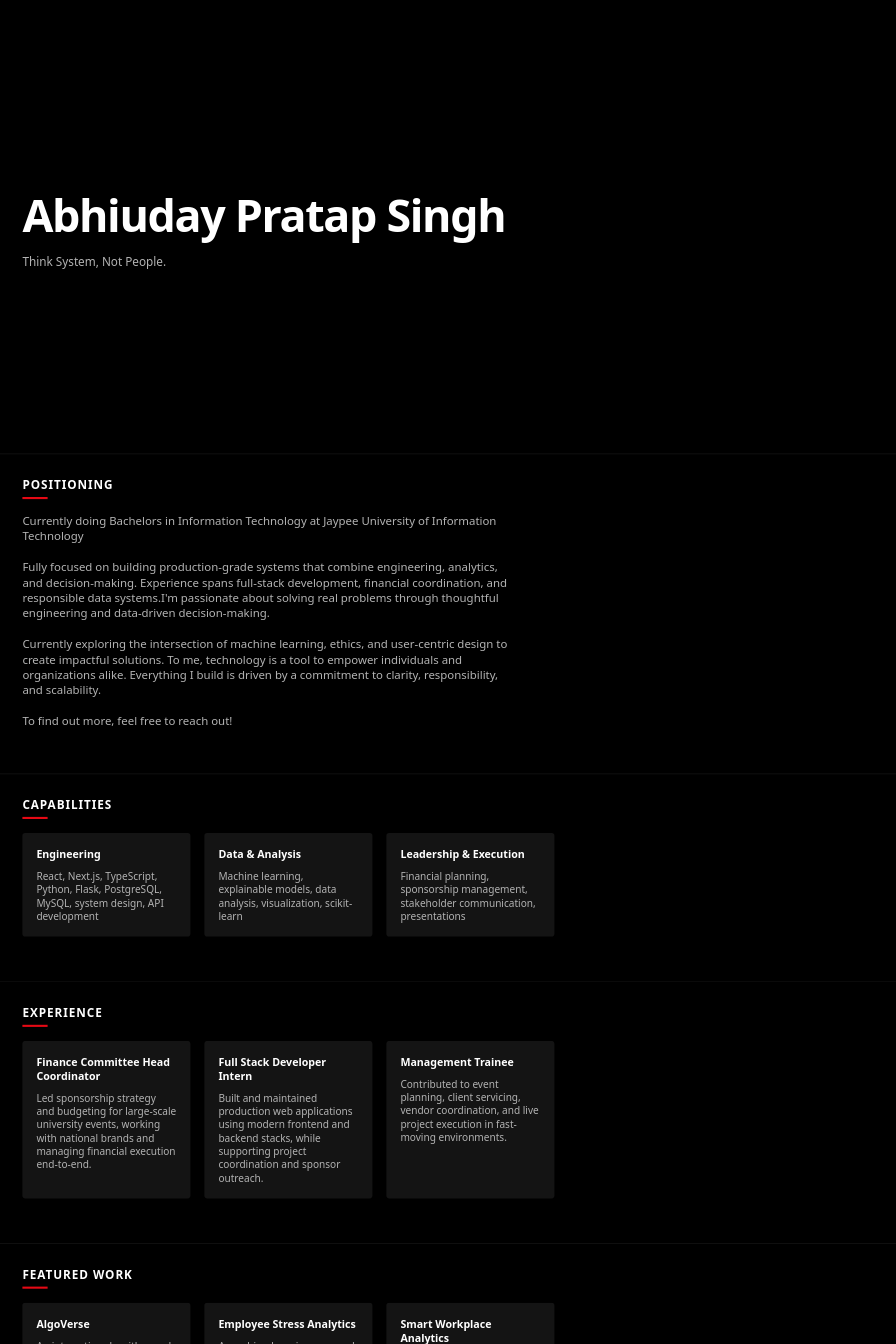
Repository: PratapOP/main-portfolio
Page: / (app in frontend/)
These files come from the project's save history. The page is drawn as it stood at one moment and after a run of saves; the edit follows.
The browser window is 1280 px wide. The pictures show the part of the page from y = 0 to 1920 px (the page is 2976 px tall), at 70% of full size.
The project was rebuilt for these pictures with package versions that can differ from the ones it lists, and the page was loaded fresh each time. Also part of the build but not shown: frontend/vite.config.js.

Above is the page before, as saved 2026-01-01 18:55:41.

### frontend/index.html
<!DOCTYPE html>
<html lang="en">
  <head>
    <meta charset="UTF-8" />

    <!-- Viewport for responsive layout -->
    <meta name="viewport" content="width=device-width, initial-scale=1.0" />

    <!--
      Title intentionally minimal and authoritative.
      This is the first identity signal recruiters see.
    -->
    <title>Abhiuday Pratap Singh</title>

    <!--
      Force dark background before React loads
      Prevents white flash and preserves cinematic feel
    -->
    <style>
      html,
      body {
        margin: 0;
        padding: 0;
        background-color: #0b0b0b;
      }
    </style>
  </head>

  <body>
    <!-- React mounts here -->
    <div id="root"></div>

    <!-- React entry point -->
    <script type="module" src="/src/main.jsx"></script>
  </body>
</html>

### frontend/src/App.jsx
import React, { useEffect } from "react";
import "./styles.css";
import {
  HeroSection,
  AboutSection,
  SkillsSection,
  ExperienceSection,
  ProjectsSection,
  TrendingSection,
  WhyHireMeSection,
  ContactSection
} from "./sections";

function App() {
  useEffect(() => {
    document.documentElement.style.scrollBehavior = "smooth";
  }, []);

  return (
    <div className="app-root">
      <HeroSection />
      <AboutSection />
      <SkillsSection />
      <ExperienceSection />
      <ProjectsSection />
      <TrendingSection />
      <WhyHireMeSection />
      <ContactSection />
    </div>
  );
}

export default App;

### frontend/src/styles.css
    /* ============================================================
    GLOBAL RESET & STREAMING COLOR SYSTEM
    ============================================================ */

    * {
    margin: 0;
    padding: 0;
    box-sizing: border-box;
    }

    :root {
    /* Core streaming palette */
    --bg-primary: #000000;
    --bg-card: #141414;

    --text-primary: #ffffff;
    --text-muted: #b3b3b3;

    --accent: #e50914;

    /* Controlled spacing scale (reduced) */
    --xs: 6px;
    --sm: 12px;
    --md: 20px;
    --lg: 32px;
    --xl: 48px;
    --xxl: 80px;
    }

    html,
    body {
    background-color: var(--bg-primary);
    color: var(--text-primary);
    font-family: system-ui, -apple-system, BlinkMacSystemFont,
        "Segoe UI", Roboto, Helvetica, Arial, sans-serif;

    overflow-x: hidden; /* absolutely no horizontal scroll */
    }

    /* ============================================================
    APP ROOT
    ============================================================ */

    .app-root {
    width: 100%;
    overflow-x: hidden;
    }

    /* ============================================================
    HERO (FEATURED BANNER)
    ============================================================ */

    .hero {
    min-height: 90vh;
    display: flex;
    align-items: center;
    }

    .hero-inner {
    padding-left: var(--lg);
    padding-right: var(--lg);
    max-width: 820px;
    }

    .hero-title {
    font-size: clamp(3rem, 5vw, 4.6rem);
    font-weight: 800;
    letter-spacing: -0.03em;
    margin-bottom: var(--sm);
    }

    .hero-subtitle {
    font-size: 1.05rem;
    color: var(--text-muted);
    max-width: 560px;
    }

    /* ============================================================
    SECTION STRUCTURE (FIXED SPACING)
    ============================================================ */

    .section {
    padding: var(--lg) 0;
    }

    .section-inner {
    padding-left: var(--lg);
    padding-right: var(--lg);
    }

    /* Mobile safety — prevent edge sticking */
    @media (max-width: 768px) {
    .section-inner,
    .hero-inner {
        padding-left: var(--md);
        padding-right: var(--md);
    }
    }

    /* ============================================================
    SECTION TITLES (STREAMING STYLE)
    ============================================================ */

    .section-title {
    font-size: 1.05rem;
    font-weight: 600;
    letter-spacing: 0.08em;
    text-transform: uppercase;

    color: var(--text-primary);
    margin-bottom: var(--md);
    position: relative;
    }

    .section-title::after {
    content: "";
    display: block;
    width: 36px;
    height: 3px;
    background-color: var(--accent);
    margin-top: var(--xs);
    }

    /* ============================================================
    TEXT BLOCKS
    ============================================================ */

    .section-text {
    max-width: 700px;
    font-size: 1.02rem;
    color: var(--text-muted);
    margin-bottom: var(--lg);
    }

    /* ============================================================
    STREAMING ROWS (HORIZONTAL)
    ============================================================ */

    .row {
    display: flex;
    gap: var(--md);
    overflow-x: auto;

    padding-left: var(--lg);
    padding-right: var(--lg);
    padding-bottom: var(--lg);

    scroll-snap-type: x mandatory;
    overscroll-behavior-x: contain;
    }

    .row::-webkit-scrollbar {
    display: none;
    }

    /* ============================================================
    CARDS (CONTENT TILES)
    ============================================================ */

    .card {
    background-color: var(--bg-card);
    min-width: 240px;
    max-width: 240px;

    padding: var(--md);
    border-radius: 4px;

    scroll-snap-align: start;

    transition:
        transform 0.25s ease,
        box-shadow 0.25s ease;
    }

    .card h3 {
    font-size: 0.95rem;
    font-weight: 600;
    margin-bottom: var(--sm);
    }

    .card p {
    font-size: 0.9rem;
    color: var(--text-muted);
    }

    /* Hover — sharp, not floaty */
    .card:hover {
    transform: scale(1.06);
    box-shadow: 0 16px 32px rgba(0, 0, 0, 0.7);
    z-index: 2;
    }

    /* ============================================================
    CONTACT SECTION
    ============================================================ */

    .contact {
    padding-top: var(--xl);
    padding-bottom: var(--xxl);
    }

    .contact-form {
    max-width: 520px;
    display: flex;
    flex-direction: column;
    gap: var(--md);
    }

    .contact-form input,
    .contact-form textarea {
    background-color: #000000;
    border: 1px solid #333333;
    color: var(--text-primary);

    padding: var(--sm);
    font-size: 0.95rem;
    }

    .contact-form input:focus,
    .contact-form textarea:focus {
    outline: none;
    border-color: var(--accent);
    }

    .contact-form button {
    margin-top: var(--sm);
    background-color: var(--accent);
    color: #ffffff;

    border: none;
    padding: var(--sm);
    font-size: 0.95rem;
    cursor: pointer;

    transition: opacity 0.2s ease;
    }

    .contact-form button:hover {
    opacity: 0.85;
    }

    /* ============================================================
    FINAL SECTION SEPARATION (SUBTLE)
    ============================================================ */

    .section:not(:first-of-type) {
    border-top: 1px solid rgba(255, 255, 255, 0.08);
    }

### frontend/src/sections.jsx
    /**
     * ============================================================
     * sections.jsx — Sections with Titles & Hierarchy
     * ============================================================
     */

    import React from "react";
    import { motion } from "framer-motion";
    import {
    sectionFade,
    staggerContainer,
    cardFade
    } from "./motion";

    /* ============================================================
    FEATURED
    ============================================================ */

    export function HeroSection() {
    return (
        <motion.section
        className="section hero"
        variants={sectionFade}
        initial="hidden"
        animate="visible"
        >
        <div className="hero-inner">
            <h1 className="hero-title">Abhiuday Pratap Singh</h1>
            <p className="hero-subtitle">
            Think System, Not People.
            <br />
            </p>
        </div>
        </motion.section>
    );
    }

    /* ============================================================
    POSITIONING
    ============================================================ */

    export function AboutSection() {
    return (
        <motion.section
        className="section"
        variants={sectionFade}
        initial="hidden"
        whileInView="visible"
        viewport={{ once: true }}
        >
        <div className="section-inner">
            <h2 className="section-title">Positioning</h2>
            <p className="section-text">
            Currently doing Bachelors in Information Technology at Jaypee University
            of Information Technology
            <br/><br/>
            Fully focused on building production-grade
            systems that combine engineering, analytics, and decision-making.
            Experience spans full-stack development, financial coordination,
            and responsible data systems.I'm passionate about solving real problems through thoughtful engineering and data-driven decision-making.
            <br/><br/>
            Currently exploring the intersection of machine learning, ethics, and user-centric design to create impactful solutions.
            To me, technology is a tool to empower individuals and organizations alike.
            Everything I build is driven by a commitment to clarity, responsibility, and scalability.
            <br/><br/>
            To find out more, feel free to reach out!

            </p>
        </div>
        </motion.section>
    );
    }

    /* ============================================================
    CAPABILITIES
    ============================================================ */

    export function SkillsSection() {
    const skills = [
        {
        title: "Engineering",
        text:
            "React, Next.js, TypeScript, Python, Flask, PostgreSQL, MySQL, system design, API development"
        },
        {
        title: "Data & Analysis",
        text:
            "Machine learning, explainable models, data analysis, visualization, scikit-learn"
        },
        {
        title: "Leadership & Execution",
        text:
            "Financial planning, sponsorship management, stakeholder communication, presentations"
        }
    ];

    return (
        <motion.section
        className="section"
        variants={sectionFade}
        initial="hidden"
        whileInView="visible"
        viewport={{ once: true }}
        >
        <div className="section-inner">
            <h2 className="section-title">Capabilities</h2>
        </div>

        <motion.div
            className="row"
            variants={staggerContainer}
            initial="hidden"
            whileInView="visible"
            viewport={{ once: true }}
        >
            {skills.map((item, index) => (
            <motion.div className="card" variants={cardFade} key={index}>
                <h3>{item.title}</h3>
                <p>{item.text}</p>
            </motion.div>
            ))}
        </motion.div>
        </motion.section>
    );
    }

    /* ============================================================
    EXPERIENCE
    ============================================================ */

    export function ExperienceSection() {
    const roles = [
        {
        title: "Finance Committee Head Coordinator",
        text:
            "Led sponsorship strategy and budgeting for large-scale university events, working with national brands and managing financial execution end-to-end."
        },
        {
        title: "Full Stack Developer Intern",
        text:
            "Built and maintained production web applications using modern frontend and backend stacks, while supporting project coordination and sponsor outreach."
        },
        {
        title: "Management Trainee",
        text:
            "Contributed to event planning, client servicing, vendor coordination, and live project execution in fast-moving environments."
        }
    ];

    return (
        <motion.section
        className="section"
        variants={sectionFade}
        initial="hidden"
        whileInView="visible"
        viewport={{ once: true }}
        >
        <div className="section-inner">
            <h2 className="section-title">Experience</h2>
        </div>

        <motion.div
            className="row"
            variants={staggerContainer}
            initial="hidden"
            whileInView="visible"
            viewport={{ once: true }}
        >
            {roles.map((item, index) => (
            <motion.div className="card" variants={cardFade} key={index}>
                <h3>{item.title}</h3>
                <p>{item.text}</p>
            </motion.div>
            ))}
        </motion.div>
        </motion.section>
    );
    }

    /* ============================================================
    PROJECTS
    ============================================================ */

    export function ProjectsSection() {
    const projects = [
        {
        title: "AlgoVerse",
        text:
            "An interactive algorithm and data structure visualizer designed to shift learning from memorization to understanding."
        },
        {
        title: "Employee Stress Analytics",
        text:
            "A machine-learning powered system that predicts stress levels, explains contributing factors, and delivers actionable insights."
        },
        {
        title: "Smart Workplace Analytics",
        text:
            "A consent-first analytics platform focused on ethical data usage and explainable insights for workplace wellbeing."
        }
    ];

    return (
        <motion.section
        className="section"
        variants={sectionFade}
        initial="hidden"
        whileInView="visible"
        viewport={{ once: true }}
        >
        <div className="section-inner">
            <h2 className="section-title">Featured Work</h2>
        </div>

        <motion.div
            className="row"
            variants={staggerContainer}
            initial="hidden"
            whileInView="visible"
            viewport={{ once: true }}
        >
            {projects.map((item, index) => (
            <motion.div className="card" variants={cardFade} key={index}>
                <h3>{item.title}</h3>
                <p>{item.text}</p>
            </motion.div>
            ))}
        </motion.div>
        </motion.section>
    );
    }

    /* ============================================================
    CURRENT FOCUS
    ============================================================ */

    export function TrendingSection() {
    return (
        <motion.section
        className="section"
        variants={sectionFade}
        initial="hidden"
        whileInView="visible"
        viewport={{ once: true }}
        >
        <div className="section-inner">
            <h2 className="section-title">Current Focus</h2>
            <p className="section-text">
            Building responsible analytics systems that balance insight with ethics,
            emphasizing explainable machine learning, consent-first data practices,
            and real-world applicability.
            </p>
        </div>
        </motion.section>
    );
    }

    /* ============================================================
    WHY THIS PROFILE
    ============================================================ */

    export function WhyHireMeSection() {
    return (
        <motion.section
        className="section"
        variants={sectionFade}
        initial="hidden"
        whileInView="visible"
        viewport={{ once: true }}
        >
        <div className="section-inner">
            <h2 className="section-title">Why This Profile</h2>
            <p className="section-text">
            I approach systems as products, not demos. My work prioritizes clarity,
            responsibility, and scalability, with the ability to own ideas from
            concept through deployment.
            </p>
        </div>
        </motion.section>
    );
    }

    /* ============================================================
    CONTACT
    ============================================================ */

    export function ContactSection() {
    return (
        <motion.section
        className="section contact"
        variants={sectionFade}
        initial="hidden"
        whileInView="visible"
        viewport={{ once: true }}
        >
        <div className="section-inner">
            <h2 className="section-title">Get in Touch</h2>
            <form className="contact-form">
            <input type="text" placeholder="Name" />
            <input type="email" placeholder="Email" />
            <textarea placeholder="Message" rows="4" />
            <button type="submit">Send</button>
            </form>
        </div>
        </motion.section>
    );
    }

### frontend/src/motion.js
    /**
     * ============================================================
     * motion.js — Centralized Motion Presets
     * ============================================================
     *
     * Responsibilities:
     * - Define reusable animation variants
     * - Keep motion subtle, slow, and cinematic
     * - Avoid per-component animation duplication
     *
     * Framer Motion is used intentionally and sparingly.
     * ============================================================
     */

    /* ============================================================
    Section Fade-In (used when section enters viewport)
    ============================================================ */

    export const sectionFade = {
    hidden: {
        opacity: 0,
        y: 40
    },
    visible: {
        opacity: 1,
        y: 0,
        transition: {
        duration: 0.8,
        ease: [0.22, 1, 0.36, 1] // smooth, cinematic easing
        }
    }
    };

    /* ============================================================
    Card Stagger Container
    ============================================================ */

    export const staggerContainer = {
    hidden: {},
    visible: {
        transition: {
        staggerChildren: 0.12
        }
    }
    };

    /* ============================================================
    Individual Card Animation
    ============================================================ */

    export const cardFade = {
    hidden: {
        opacity: 0,
        y: 20
    },
    visible: {
        opacity: 1,
        y: 0,
        transition: {
        duration: 0.6,
        ease: [0.22, 1, 0.36, 1]
        }
    }
    };

Loaded but not shown: frontend/src/main.jsx (common file)

After the next 3 saves:
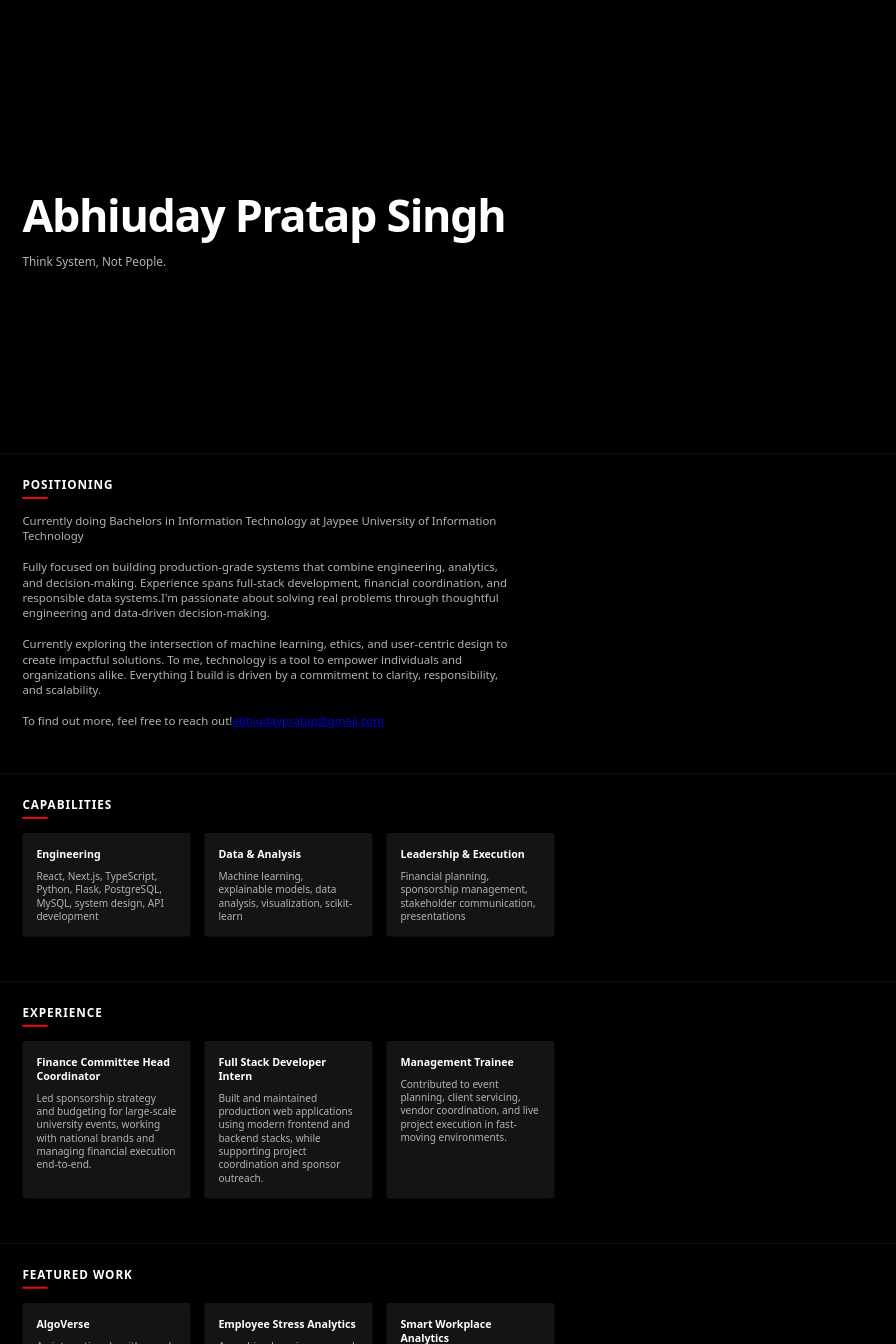
The 3 saves are shown as one change because 1 did not build or start and some came seconds apart.
The last was saved 20 s later.
--- a/frontend/src/sections.jsx
+++ b/frontend/src/sections.jsx
@@ -64,7 +64,7 @@
             Everything I build is driven by a commitment to clarity, responsibility, and scalability.
             <br/><br/>
             To find out more, feel free to reach out!
-
+            <a href="mailto:abhiudaypratap@gmail.com">abhiudaypratap@gmail.com</a>
             </p>
         </div>
         </motion.section>
